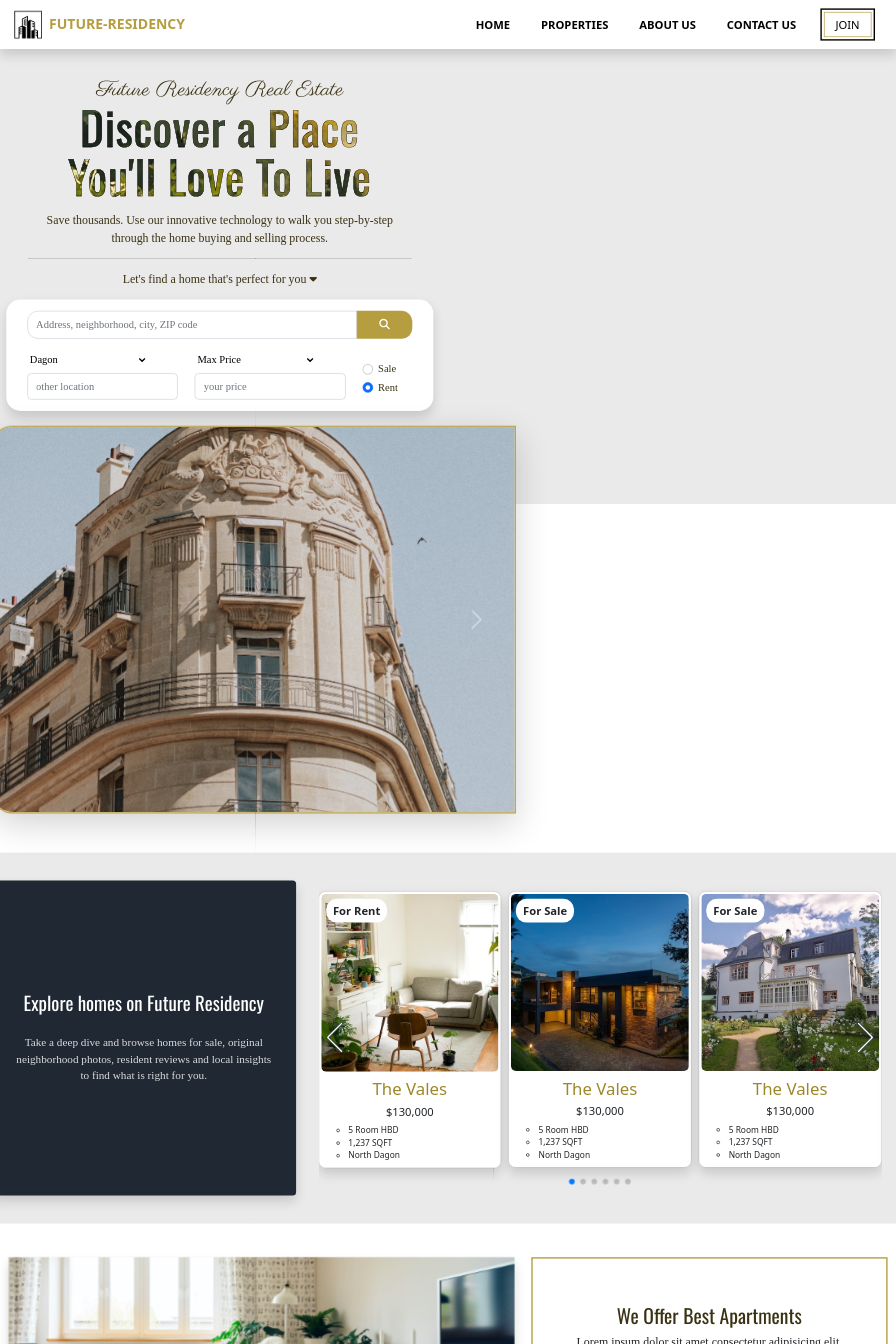
Repository: pyaestk/Future-residency
Page: index.html
An editor plug-in stored every save of this project. The page is shown before and after the next save, followed by the edit.
The browser window is 1280 px wide. The pictures show the part of the page from y = 0 to 1920 px (the page is 3239 px tall before and 2739 px after), at 70% of full size.
Pictures or frames that could not be fetched are drawn as grey boxes. Some web fonts or font styles are not loaded; a fallback is used.

Above is the page before, as saved 2022-12-13 21:26:01.

### index.html
<!doctype html>
<html lang="en">

<head>
  <meta charset="utf-8">
  <meta name="viewport" content="width=device-width, initial-scale=1, minimum-scale=1, maximum-scale=1 ">
  <title>FUTURE-RESIDENCY</title>
  <!--bootstrap-->
  <link href="https://cdn.jsdelivr.net/npm/bootstrap@5.2.3/dist/css/bootstrap.min.css" rel="stylesheet"
    integrity="sha384-rbsA2VBKQhggwzxH7pPCaAqO46MgnOM80zW1RWuH61DGLwZJEdK2Kadq2F9CUG65" crossorigin="anonymous">

  <!--custom css-->
  <link rel="stylesheet" href="style.css" type="text/css">
  <link rel="stylesheet" href="styleMobileview.css" type="text/css">
  <link rel="stylesheet" href="styleTabletview.css" type="text/css">

  <!--font awesome-->
  <link rel="stylesheet" href="https://cdnjs.cloudflare.com/ajax/libs/font-awesome/6.2.1/css/all.min.css"
    integrity="sha512-MV7K8+y+gLIBoVD59lQIYicR65iaqukzvf/nwasF0nqhPay5w/9lJmVM2hMDcnK1OnMGCdVK+iQrJ7lzPJQd1w=="
    crossorigin="anonymous" referrerpolicy="no-referrer" />

  <!--swiper js-->
  <link rel="stylesheet" href="https://cdn.jsdelivr.net/npm/swiper@8/swiper-bundle.min.css" />

</head>

<body>

  <!-- background -->
  <div class="background"></div>

  <!--navigation-->
  <nav class="shadow">
    <div class="logo-area">
      <img src="img/FUTURE_ReSIDENCY-removebg-preview.png" alt="logo" class="logo">
      <span>FUTURE-RESIDENCY</span>
    </div>


    <!--desktop-->
    <div class="navlinks" id="nav-right">
      <div class="icon closeMenubar shadow" onclick="hideMenu()">
        <i class="fa-solid fa-xmark"></i>
      </div>
      <ul>
        <li><a href="#">HOME</a></li>
        <li><a href="properties.html">PROPERTIES</a></li>
        <li><a href="aboutUs.html">ABOUT US</a></li>
        <li><a href="contactUs.html">CONTACT US</a></li>
        <a href="singIn.html" class="navibutton">JOIN</a></li>
      </ul>
    </div>
    <div class="icon openMenubar">
      <i class="fa-solid fa-bars" onclick="showMenu()"></i>
    </div>
  </nav>
  <!--end navigation-->


  <!--jumbotron-->
  <div class="jumbotron mb-5">
    <div class="row mt-3">

      <div class="col-md-6 content">
        <div class="row px-5 text-center">
          <div class="col-md-12 mt-4 px-1">
            <div class="subtext text-center">
              <h4 class="mb-0">Future Residency Real Estate</h4>
            </div>
            <p>Discover a Place <br> You'll Love To Live</p>
            <div class="subtext my-2 text-center">
              <span>Save thousands. Use our innovative technology to walk you
                step-by-step through the home buying and selling process.</span>
            </div>
            <hr>
          </div>
        </div>

        <div class="row justify-content-md-center formsession">
          <div class="col-md-12">
            <div class="mb-3 text-center">
              <span style="--delay: .4s; ">
                Let's find a home that's perfect for you <i class="fa-sharp fa-solid fa-caret-down"></i>
              </span>
            </div>
            <div class="searchSection shadow  py-3 " style="--delay: 1s;">
              <div class="row">
                <div class="container input-group form-area mb-3 searchgroup">
                  <input type="text" class="form-control searchbar" placeholder="Address, neighborhood, city, ZIP code">
                  <button><i class="fa-solid fa-magnifying-glass"></i></button>
                </div>
              </div>
              <div class="row">
                <div class="col-md-5 col">
                  <select name="" id="">
                    <option value="">Dagon</option>
                    <option value="">North Dagon</option>
                    <option value="">Yankin</option>
                    <option value="">San Chaung</option>
                  </select>
                  <input type="text" class="form-control" placeholder="other location">
                </div>
                <div class="col-md-5 col">
                  <select name="" id="">
                    <option value="">Max Price</option>
                    <option value="">Average</option>
                    <option value="">Min Price</option>
                  </select>
                  <input type="text" class="form-control" placeholder="your price">
                </div>
                <div class="col-md-2 pt-3 col-3">
                  <div class="form-check">
                    <input class="form-check-input" type="radio" name="flexRadioDefault" id="flexRadioDefault1">
                    <label class="form-check-label" for="flexRadioDefault1">
                      Sale
                    </label>
                  </div>
                  <div class="form-check">
                    <input class="form-check-input" type="radio" name="flexRadioDefault" id="flexRadioDefault2" checked>
                    <label class="form-check-label" for="flexRadioDefault2">
                      Rent
                    </label>
                  </div>
                </div>
              </div>
            </div>
          </div>
        </div>
      </div>

      <div class="col-md-7 text-center customCarousel my-2">
        <div id="carouselExampleCaptions" class="carousel slide w-100" data-bs-ride="true">
          <div class="carousel-inner carouselborder shadow-lg">
            <div class="carousel-item">
              <video src="img/carouselvideo1.mp4" poster="img/video-poster.jpg" autoplay loop muted></video>
            </div>
            <div class="carousel-item">
              <img src="img/pexels-alesia-talkachova-2768311.jpg" alt="">
            </div>
            <div class="carousel-item active">
              <img src="img/pexels-mathias-reding-5331975.jpg" alt="">
            </div>
          </div>
          <button class="carousel-control-next" type="button" data-bs-target="#carouselExampleCaptions"
            data-bs-slide="next">
            <span class="carousel-control-next-icon" aria-hidden="true"></span>
            <span class="visually-hidden">Next</span>
          </button>
        </div>
      </div>
    </div>
  </div>
  <!--end jumbotron-->

  <div class="group1">
    <div class="row">

      <div class="col-md-4">
        <div class="row label2 shadow">
          <div class="col-md-12 text-center" >

            <h3 id="reveal2">Explore homes on Future Residency</h3>
            <p class="sublabel" id="reveal3" style="font-family: 'Cormorant Infant', serif;">
              Take a deep dive and browse homes for sale, original neighborhood photos, resident reviews and local
              insights to find what is right for you.
            </p>

          </div>
        </div>
      </div>

      <div class="col-md-8">

        <div class="row featuredcard">
          <div class="col-md-12">
            <!--index swiperJs-->
            <div class="swiper mySwiper">
              <div class="swiper-wrapper mb-4">
                <div class="swiper-slide">

                  <div class="card salecard shadow">
                    <div class="salecard-img">
                      <img src="img/apartment1.jpg" class="card-img-top" alt="...">
                      <div class="layer">
                        <a href="saleItem.html" class="text-decoration-none text-white"><h6> See More <i class="fa-sharp fa-solid fa-arrow-right-from-bracket"></i></h6></a>
                      </div>
                      <div class="layer2">
                        <span>For Rent</span>
                      </div>
                    </div>
                    <div class="salecard-body">
                      <div class="row">
                        <div class="col-md-12 text-center">
                          <h4>The Vales</h4>
                          <h6>$130,000</h6>
                        </div>
                        <div class="col-md-12">
                          <li>5 Room HBD</li>
                          <li>1,237 SQFT</li>
                          <li>North Dagon</li>
                        </div>
                      </div>
                    </div>
                  </div>

                </div>
                <div class="swiper-slide">

                  <div class="card salecard shadow">
                    <div class="salecard-img">
                      <img src="img/house3.jpg" class="card-img-top" alt="...">
                      <div class="layer">
                        <h6> See More <i class="fa-sharp fa-solid fa-arrow-right-from-bracket"></i></h6>
                      </div>
                      <div class="layer2">
                        <span>For Sale</span>
                      </div>
                    </div>
                    <div class="salecard-body">
                      <div class="row">
                        <div class="col-md-12 text-center">
                          <h4>The Vales</h4>
                          <h6>$130,000</h6>
                        </div>
                        <div class="col-md-12">
                          <li>5 Room HBD</li>
                          <li>1,237 SQFT</li>
                          <li>North Dagon</li>
                        </div>
                      </div>
                    </div>
                  </div>

                </div>
                <div class="swiper-slide">

                  <div class="card salecard shadow">
                    <div class="salecard-img">
                      <img src="img/house1.jpg" class="card-img-top" alt="...">
                      <div class="layer">
                        <h6> See More <i class="fa-sharp fa-solid fa-arrow-right-from-bracket"></i></h6>
                      </div>
                      <div class="layer2">
                        <span>For Sale</span>
                      </div>
                    </div>
                    <div class="salecard-body">
                      <div class="row">
                        <div class="col-md-12 text-center">
                          <h4>The Vales</h4>
                          <h6>$130,000</h6>
                        </div>
                        <div class="col-md-12">
                          <li>5 Room HBD</li>
                          <li>1,237 SQFT</li>
                          <li>North Dagon</li>
                        </div>
                      </div>
                    </div>
                  </div>

                </div>
                <div class="swiper-slide">

                  <div class="card salecard shadow">
                    <div class="salecard-img">
                      <img src="img/house5.jpg" class="card-img-top" alt="...">
                      <div class="layer">
                        <h6> See More <i class="fa-sharp fa-solid fa-arrow-right-from-bracket"></i></h6>
                      </div>
                      <div class="layer2">
                        <span>For Sale</span>
                      </div>
                    </div>
                    <div class="salecard-body">
                      <div class="row">
                        <div class="col-md-12 text-center">
                          <h4>The Vales</h4>
                          <h6>$130,000</h6>
                        </div>
                        <div class="col-md-12">
                          <li>5 Room HBD</li>
                          <li>1,237 SQFT</li>
                          <li>North Dagon</li>
                        </div>
                      </div>
                    </div>
                  </div>

                </div>
                <div class="swiper-slide">

                  <div class="card salecard shadow">
                    <div class="salecard-img">
                      <img src="img/house10.jpg" class="card-img-top" alt="...">
                      <div class="layer">
                        <h6> See More <i class="fa-sharp fa-solid fa-arrow-right-from-bracket"></i></h6>
                      </div>
                      <div class="layer2">
                        <span>For Sale</span>
                      </div>
                    </div>
                    <div class="salecard-body">
                      <div class="row">
                        <div class="col-md-12 text-center">
                          <h4>The Vales</h4>
                          <h6>$130,000</h6>
                        </div>
                        <div class="col-md-12">
                          <li>5 Room HBD</li>
                          <li>1,237 SQFT</li>
                          <li>North Dagon</li>
                        </div>
                      </div>
                    </div>
                  </div>

                </div>
                <div class="swiper-slide">

                  <div class="card salecard shadow">
                    <div class="salecard-img">
                      <img src="img/apartment5.jpg" class="card-img-top" alt="...">
                      <div class="layer">
                        <h6> See More <i class="fa-sharp fa-solid fa-arrow-right-from-bracket"></i></h6>
                      </div>
                      <div class="layer2">
                        <span>For Rent</span>
                      </div>
                    </div>
                    <div class="salecard-body">
                      <div class="row">
                        <div class="col-md-12 text-center">
                          <h4>The Vales</h4>
                          <h6>$130,000</h6>
                        </div>
                        <div class="col-md-12">
                          <li>5 Room HBD</li>
                          <li>1,237 SQFT</li>
                          <li>North Dagon</li>
                        </div>
                      </div>
                    </div>
                  </div>

                </div>

              </div>

              <div class="swiper-button-next" style="color: #ffffff;   -webkit-text-stroke-width: 1px;
              -webkit-text-stroke-color: #1F2833;"></div>

              <div class="swiper-button-prev text-light" style="color: #ffffff;   -webkit-text-stroke-width: 1px;
              -webkit-text-stroke-color: #1F2833;"></div>

              <div class="swiper-pagination"></div>
            </div>
          </div>
          <!--swiperJs end-->
        </div>
      </div>

    </div>
  </div>
  <!--group1 end-->




  <div class="container-fluid pt-5">
    <div class="row pic-container">
      <div class="col-md-7">
        <div class="pic1">
          <img class="shadow" src="img/jarek-ceborski-jn7uVeCdf6U-unsplash.jpg" alt="" id="reveal2">
        </div>
      </div>
      <div class=" col-md-5 d-flex flex-column justify-content-center">
        <div class="pic1-caption d-flex flex-column justify-content-center px-5 align-items-center" >
          <h3 id="reveal">We Offer Best Apartments</h3>
          <span id="reveal2">Lorem ipsum dolor sit amet consectetur adipisicing elit.
             Tempore nobis sit voluptatum accusamus harum impedit debitis.
             Velit sit ad eaque.
          </span>
          <a href="properties.html" class="text-decoration-none"><h6 id="reveal3">Find Now <i class="fa-solid fa-magnifying-glass-arrow-right"></i></h6></a>
        </div>
      </div>
    </div>
  </div>
  <div class="container-fluid pt-2">
    <div class="row mt-3">
      <div class="col-md-4 vid">
        <video class="shadow" src="img/1624370561481-FbR_sea_fin_2905 - converted with Clipchamp.mp4" muted autoplay loop poster="img/Screenshot 2022-12-05 124058.jpg" id="reveal2"></video>
      </div>
      <div class=" col-md-8 d-flex flex-column justify-content-center">
        <div class="vid-caption px-5 d-flex flex-column justify-content-center align-items-center" >
          <h3 id="reveal">We Offer Best Location</h3>
          <span id="reveal2">Lorem ipsum dolor sit amet consectetur adipisicing elit.
            Tempore nobis sit voluptatum accusamus harum impedit debitis.
            Velit sit ad eaque.
            Lorem ipsum dolor sit amet consectetur adipisicing elit. Unde, rerum?
          </span>
          <a href="properties.html" class="text-decoration-none"><h6 id="reveal3">Find Now <i class="fa-solid fa-magnifying-glass-arrow-right"></i></h6></a>
        </div>
      </div>

    </div>
  </div>

  <div class="container-fluid pt-2 mb-5">
    <div class="row mt-3 pic2-container">

      <div class=" col-md-5 d-flex flex-column justify-content-center">
        <div class="pic2-caption px-5 d-flex flex-column justify-content-center align-items-center">
          <h3 id="reveal">We Offer Best Houses</h3>
          <span id="reveal2">Lorem ipsum dolor sit amet consectetur adipisicing elit.
            Tempore nobis sit voluptatum accusamus harum impedit debitis.
            Velit sit ad eaque.
          </span>
          <a href="properties.html" class="text-decoration-none"><h6 id="reveal3">Find Now <i class="fa-solid fa-magnifying-glass-arrow-right"></i></h6></a>
        </div>
      </div>
      <div class="col-md-7 pic2">
        <img class="shadow" src="img/stephan-bechert-yFV39g6AZ5o-unsplash.jpg" alt="" id="reveal">
      </div>

    </div>
  </div>



  <!--footer-->
  <div class="footer pt-5">
    <div class="container text-center text-white">
      <div class="row">
        <div class="col-md-12 my-5" id="reveal3">
          <h2><img src="img/FUTURE_ReSIDENCY-removebg-preview-modified.png" alt="logo" class="logo pb-2"><span>
              FUTURE-RESIDENCY </span> Real Estate</h2>
        </div>
      </div>
      <div class="row pb-5 gap-5 justify-content-md-center">
        <div class="col col-md-3" id="reveal3">
          </ul>
          <h5>Our company</h5>
          <div>about us</div>
          <div>privacy policy</div>
          <div>terms of service</div>
        </div>
        <div class="col-md-auto" id="reveal3">
          <h5>Advertise with Us</h5>
          <div>list a property</div>
          <div>business solutions</div>
        </div>
        <div class="col col-md-3" id="reveal3">
          <h5>Let us Help</h5>
          <div>avoid scams</div>
          <div>contact us</div>
          <div>site map</div>
        </div>
      </div>
      <hr>
      <div class="row text-center pb-2">
        <div class="col-md-12">
          <span class="copyright" id="reveal3">© 2022 Rent Group Inc. All rights reserved. All photos, videos, text and other content
            are the property of Future-Residency Group Inc. APARTMENT GUIDE and the APARTMENT GUIDE Trade Dress
            are registered trademarks of Future-Residency Inc. or its affiliates.</span>
        </div>
      </div>
    </div>
  </div>



  <!--swiper js-->
  <script src="https://cdn.jsdelivr.net/npm/swiper@8/swiper-bundle.min.js"></script>

  <!--javascript-->
  <script src="app.js"></script>

  <!--bootstrap-->
  <script src="https://cdn.jsdelivr.net/npm/bootstrap@5.2.3/dist/js/bootstrap.bundle.min.js"
    integrity="sha384-kenU1KFdBIe4zVF0s0G1M5b4hcpxyD9F7jL+jjXkk+Q2h455rYXK/7HAuoJl+0I4"
    crossorigin="anonymous"></script>
</body>

</html>

### styleTabletview.css

/* mobile view */

@media only screen and (min-width: 768px) and (max-width: 1100px) {
   /* navigation */
  .logo-area span{
    display: none;
  }

  /* jumbotron */
  .jumbotron p{
    font-size: 30px;
    line-height: 35px;
  }
  .subtext h4, .subtext{
    font-size: 13px;
  }
  .indexBackground{
    background: linear-gradient(90deg, #EAEAEA 65%, #EAEAEA -30%);
  }
  .searchSection{
    margin: 10px 10px 10px 30px;
    padding: 10px 20px;
  }
  .carouselborder{
    height: 400px;
  }
  .carouselborder img{
    /* max-height: 129vh; */
    height: 400px;
  }
  .carousel-control-next{
    padding-right: 30px;
  }
  .formsession span{
    font-size: 13px;
  }
  /* jumbotron end */

  /* first group */
  .group1{
    padding-top: 10px;
    padding-bottom: 10px;
  }
  .label2{
    border-radius: 10px;
    padding: 40px 15px 40px 15px;
  }
  .label2 h3{
    font-size: 20px;
  }
  .sublabel{
    font-size: 13px;
    padding-top: 10px;
  }
  .salecard li{
    padding-left: 20px;
  }
  .featuredcard{
    padding: 0 10px;
  }
  /* second group */
  .label{
    color: #1F2833;
    background-color: white;
    margin: 0 10px;
    border-radius: 10px;
  }
  .label h3{
    font-size: 20px;
    padding: 20px 10px;
  }

  .housecard .salecard{
    width: 230px;
    padding: 0;
  }

  .salecard h6{
    font-size: 12px;
    padding-bottom: 0;
  }
  .salecard li{
    font-size: 10px;
    padding-left: 20px;
    list-style-type: circle;
  }
  .layer h5{
    font-size: 12px;
  }

  .layer2{
    font-size: 10px;
    padding: 3px 3px;
  }

  /* properties */
  .searchSection{
    font-size: 13px;
  }
  .searchSection input::placeholder{
    font-size: 13px;
  }

  /* aboutUs */
  .ourhistory .label2{
    color: white;
    background-color: #1F2833;
    padding: 10px;
    margin-right: 0!important;
  }
  .ourhistory .history{
    border-radius: 20px 5px 5px 20px;
    margin-left: 0!important;
  }
  .history{
    text-align: justify;
    font-size: 10px;
  }
  .locationsession{
    text-align: center;
    margin: 10px;
  }
  .about-caption{
    font-size: 13px;
  }
  .conclusion h3{
    font-size: 20px;
  }
  .conclusion p{
    font-size: 13px;
    text-align: justify;
  }

  /* contact us */
  .contactsession h3{
    font-size: 16px;
  }
  .card-text{
    font-size: 14px;
  }
  .contactCard{
    height: 300px;
  }
  .contactCard h4{
    font-size: 18px;
  }
  .contactCard h6{
    font-size: 14px;
  }
  .contactCard p{
    font-size: 12px;
  }
  .locationsession h4{
    font-size: 15px;
  }
  .question span{
    font-size: 13px;
  }

  /* sign in page */
  .login-form{
    margin-top: 25px;
    min-height: 60vh;
  }
  .login-video{
    margin-top: 25px;
  }
  .loginlayer{
    width: 270px;
  }
  .loginlayer h3{
    font-size: 20px;
  }
  .loginlayer h6{
    font-size: 13px;
  }

  /* saleitem page */
  .itemDetail{
    margin-top: 25px;
    margin-bottom: 30px;
  }
  .itemimage{
    position: relative;
    top: 25px;
  }
  }

Loaded but not shown: app.js (123 lines, source omitted); style.css (732 lines, source omitted); styleMobileview.css (261 lines, source omitted)

After the next save:
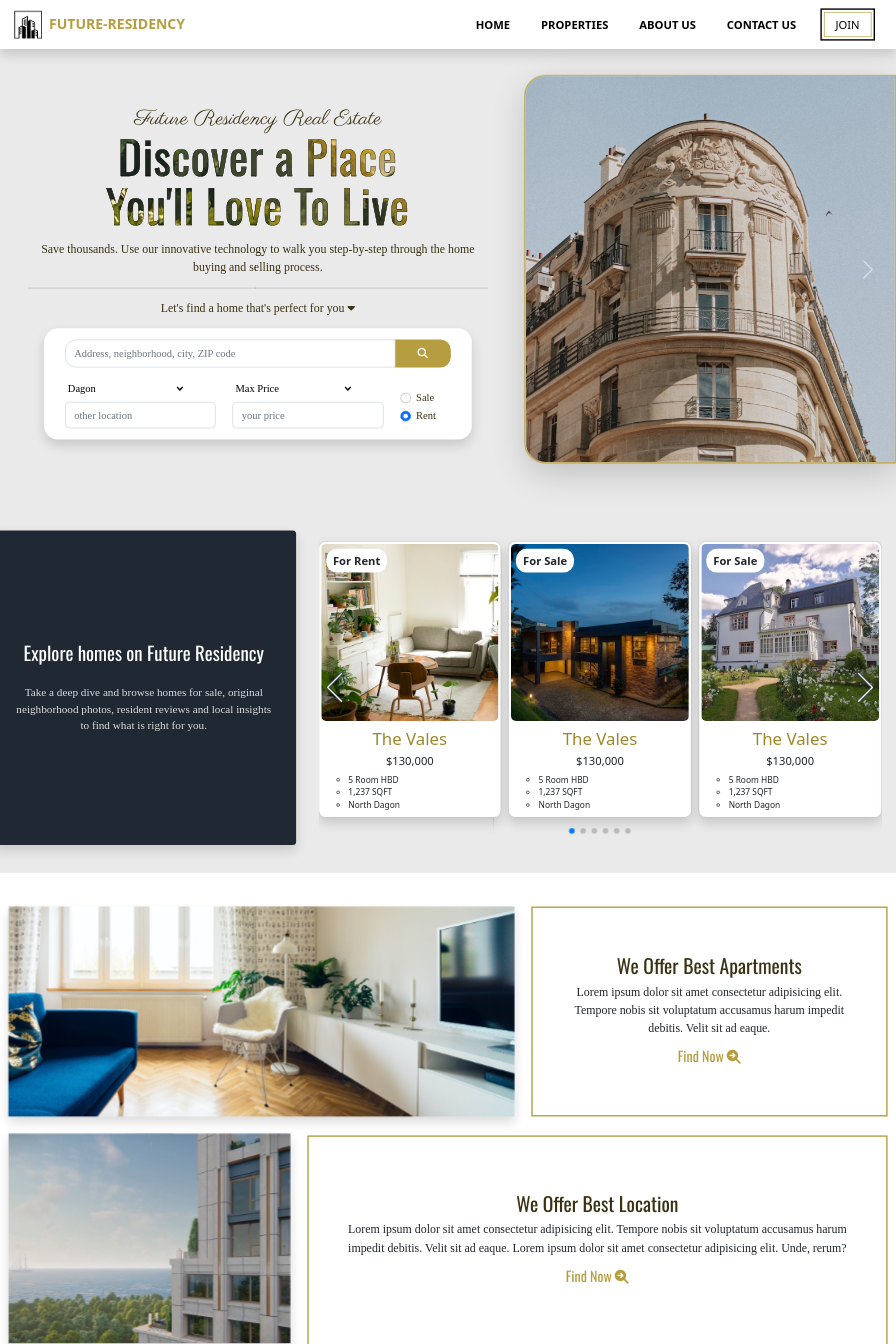
Saved 12 s later.
--- a/index.html
+++ b/index.html
@@ -61,7 +61,7 @@
   <div class="jumbotron mb-5">
     <div class="row mt-3">
 
-      <div class="col-md-6 content">
+      <div class="col-md-7 content">
         <div class="row px-5 text-center">
           <div class="col-md-12 mt-4 px-1">
             <div class="subtext text-center">
@@ -128,7 +128,7 @@
         </div>
       </div>
 
-      <div class="col-md-7 text-center customCarousel my-2">
+      <div class="col-md-5 text-center customCarousel my-2">
         <div id="carouselExampleCaptions" class="carousel slide w-100" data-bs-ride="true">
           <div class="carousel-inner carouselborder shadow-lg">
             <div class="carousel-item">
